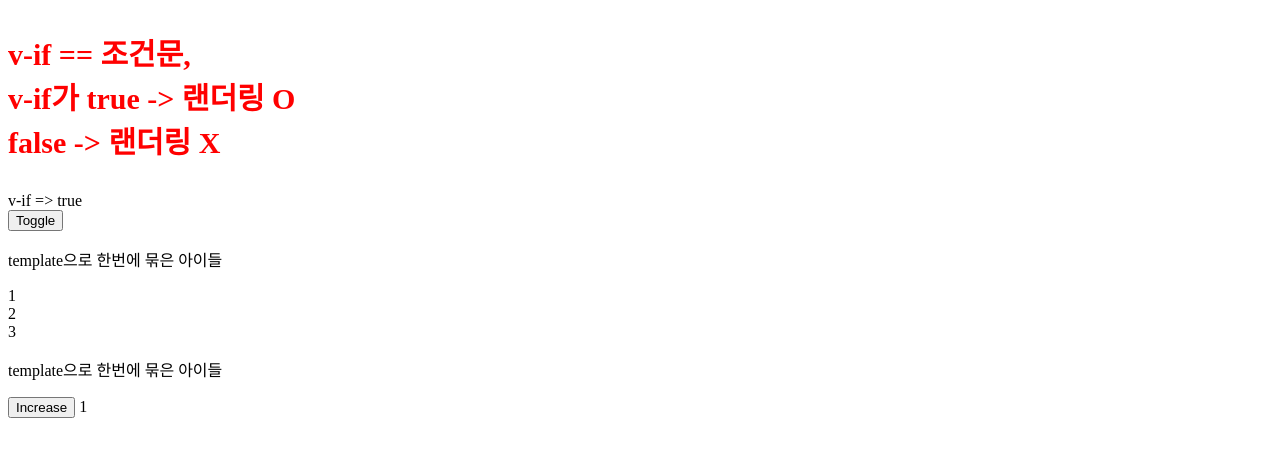
Repository: RyuGeunHwan/code_J
Page: Vuejs/22-08-10 vuejs v-if and v-show.html
These files come from the project's save history. The page is drawn as it stood at one moment and after the next save; the edit follows.
The browser window is 1280 px wide. The pictures show the whole page.

Above is the page before, as saved 2022-08-10 09:45:28.

After the next save:
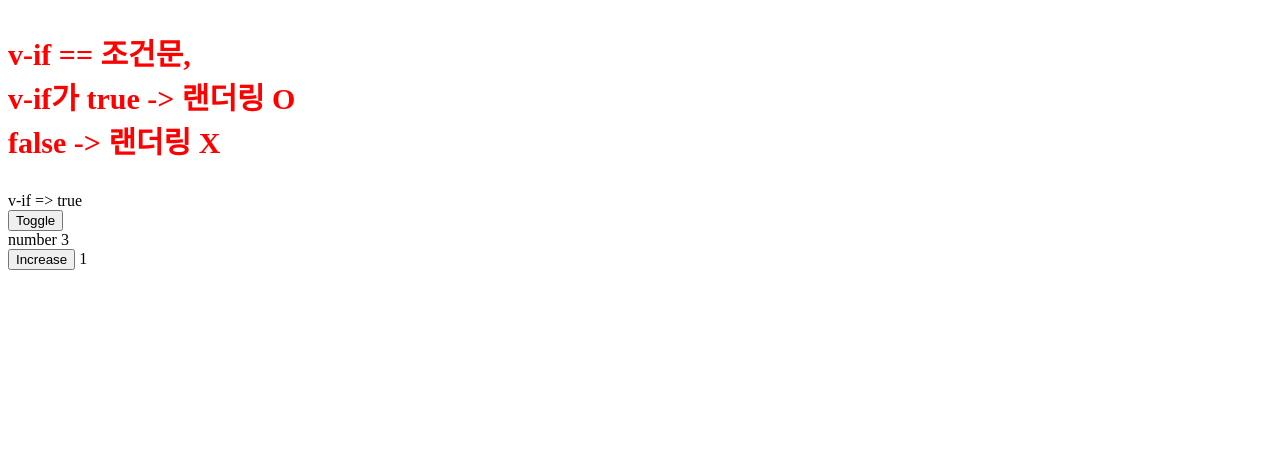
Saved 63 s later.
--- a/Vuejs/22-08-10 vuejs v-if and v-show.html
+++ b/Vuejs/22-08-10 vuejs v-if and v-show.html
@@ -16,7 +16,7 @@
         <button @click="toggleShow">Toggle</button>
 
         <!-- 여러개의 태그를 한번에 없애고 나타나게 하는 방법 -->
-        <template v-if="number === 1">
+        <template v-if="number === 2">
         <p>template으로 한번에 묶은 아이들</p>
         <div>1</div>
         <div>2</div>
@@ -24,7 +24,7 @@
         <p>template으로 한번에 묶은 아이들</p>
         </template>
         <!-- 여러개의 태그를 한번에 없애고 나타나게 하는 방법 -->
-        <div v-else-if="number === 2">Hello</div>
+        <div v-else-if="number === 2">number 2</div>
         <div v-else>number 3</div>
         <button @click="increaseNumber">Increase</button> {{number}}
     </div>

After the save that followed:
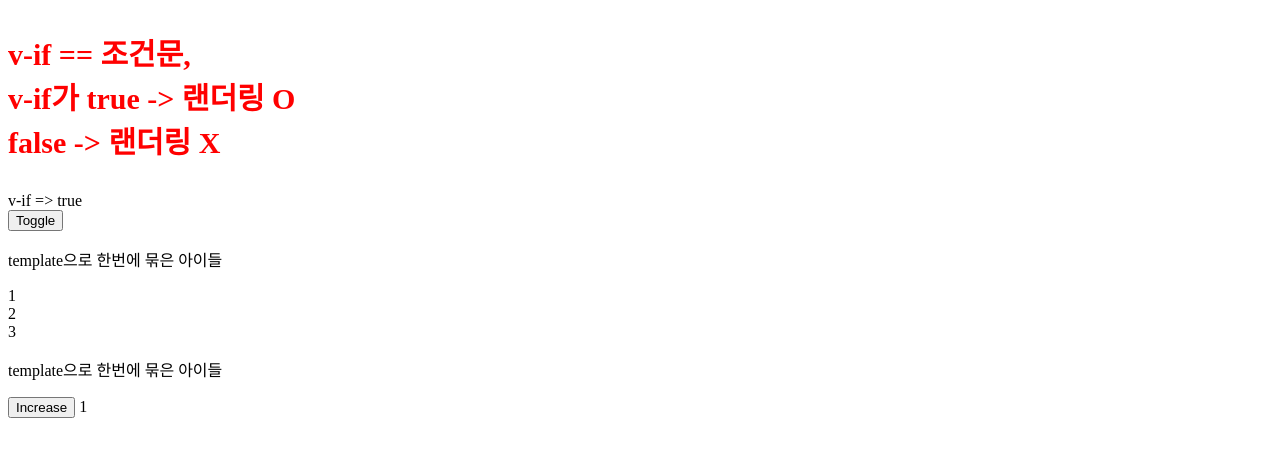
Saved 66 s later.
--- a/Vuejs/22-08-10 vuejs v-if and v-show.html
+++ b/Vuejs/22-08-10 vuejs v-if and v-show.html
@@ -16,7 +16,7 @@
         <button @click="toggleShow">Toggle</button>
 
         <!-- 여러개의 태그를 한번에 없애고 나타나게 하는 방법 -->
-        <template v-if="number === 2">
+        <template v-if="number === 1">
         <p>template으로 한번에 묶은 아이들</p>
         <div>1</div>
         <div>2</div>
@@ -25,7 +25,7 @@
         </template>
         <!-- 여러개의 태그를 한번에 없애고 나타나게 하는 방법 -->
         <div v-else-if="number === 2">number 2</div>
-        <div v-else>number 3</div>
+        <div v-else>No</div>
         <button @click="increaseNumber">Increase</button> {{number}}
     </div>
     <script>
